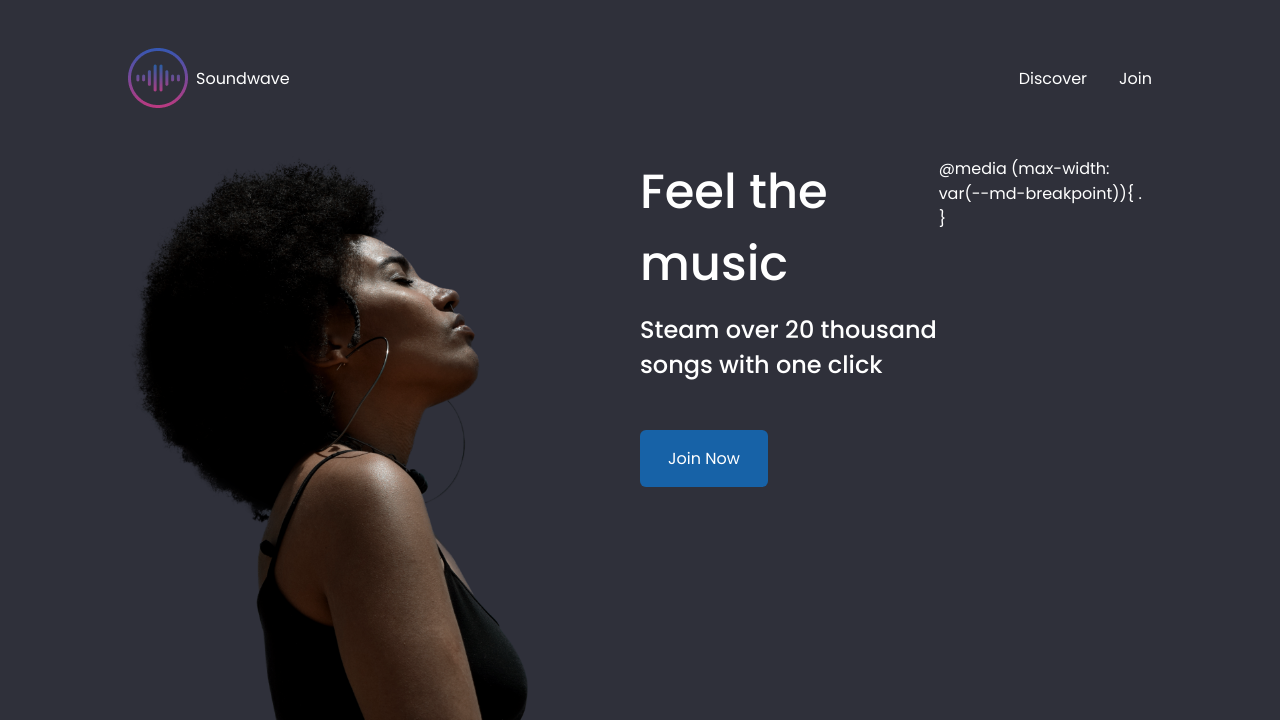
Repository: Hiiiij/soundwave
Page: pages/index.html
These files come from the project's save history. The page is drawn as it stood at one moment and after the next save; the edit follows.
The browser window is 1280 px wide. The pictures show the whole page.

Above is the page before, as saved 2020-06-30 13:30:55.

After the next save:
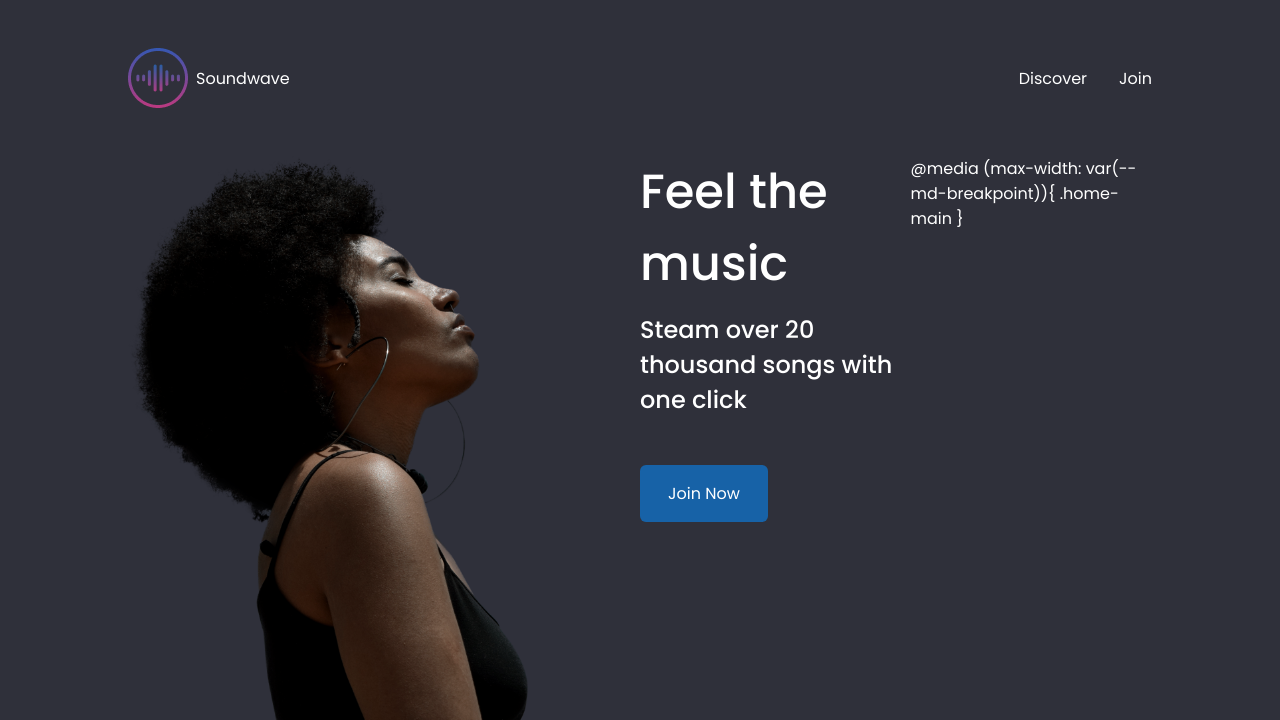
Saved 4 s later.
--- a/pages/index.html
+++ b/pages/index.html
@@ -38,7 +38,7 @@
       </div>
 
     @media (max-width: var(--md-breakpoint)){
-      .
+      .home-main
     }
 
     </section>
